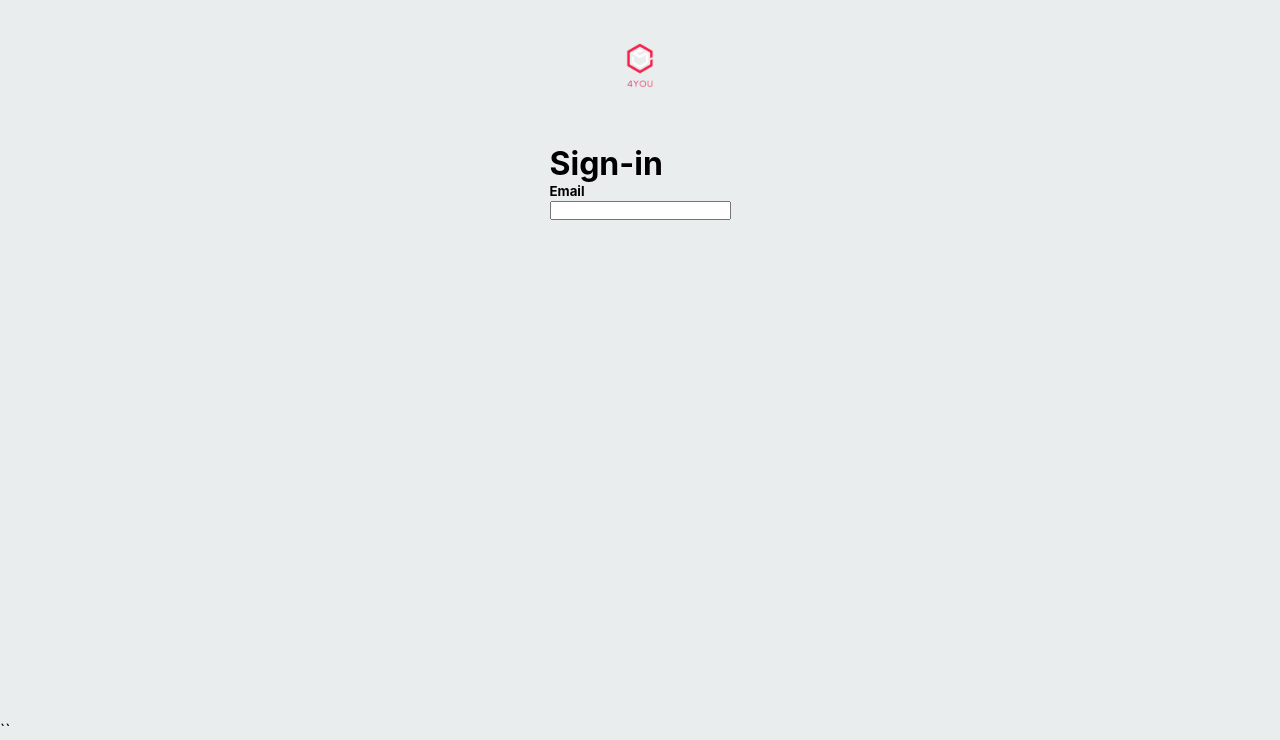
Repository: wansimathurin/4-YOU-ECOMMERCE
Page: /login
These files come from the project's save history. The page is drawn as it stood at one moment and after a run of saves; the edit follows.
The browser window is 1280 px wide. The pictures show the whole page.
Some web libraries are served in a nearby version. The project was rebuilt for these pictures with package versions that can differ from the ones it lists, and the page was loaded fresh each time. Also part of the build but not shown: src/Header.js, src/Product.css, src/Product.js, src/Home.css, src/Home.js, src/checkout.css, src/CheckoutProduct.css, src/CheckoutProduct.js and 1 more. Imported but missing from the stored project, and not drawn on this page: src/video.mp4.

Above is the page before, as saved 2021-06-08 05:12:10.

### public/index.html
<!DOCTYPE html>
<html lang="en">
  <head>
    <script src="https://kit.fontawesome.com/a076d05399.js" crossorigin="anonymous"></script>
    <meta charset="utf-8" />
    <link rel="icon" href="%PUBLIC_URL%/favicon.ico" />
    <meta name="viewport" content="width=device-width, initial-scale=1" />
    <meta name="theme-color" content="#000000" />
    <meta
      name="description"
      content="Web site created using create-react-app"
    />
    <link rel="apple-touch-icon" href="%PUBLIC_URL%/logo192.png" />
    <!--
      manifest.json provides metadata used when your web app is installed on a
      user's mobile device or desktop. See https://developers.google.com/web/fundamentals/web-app-manifest/
    -->
    <link rel="manifest" href="%PUBLIC_URL%/manifest.json" />
    <!--
      Notice the use of %PUBLIC_URL% in the tags above.
      It will be replaced with the URL of the `public` folder during the build.
      Only files inside the `public` folder can be referenced from the HTML.

      Unlike "/favicon.ico" or "favicon.ico", "%PUBLIC_URL%/favicon.ico" will
      work correctly both with client-side routing and a non-root public URL.
      Learn how to configure a non-root public URL by running `npm run build`.
    -->
    <title>React App</title>
  </head>
  <body>
    <noscript>You need to enable JavaScript to run this app.</noscript>
    <div id="root"></div>
    <!--
      This HTML file is a template.
      If you open it directly in the browser, you will see an empty page.

      You can add webfonts, meta tags, or analytics to this file.
      The build step will place the bundled scripts into the <body> tag.

      To begin the development, run `npm start` or `yarn start`.
      To create a production bundle, use `npm run build` or `yarn build`.
    -->
  </body>
</html>

### src/App.js
import React from "react";
import "./App.css";
import Header from './Header';
import Home from './Home';
import Checkout from './Checkout'
import Login from "./Login"

import { BrowserRouter as Router, Switch, Route } from "react-router-dom";

function App() {
  return (
    <Router>
        <div className="app">
          <Switch>
              <Route path="/checkout">
                    <Header />
                    <Checkout />
              </Route>
              <Route path="/login">
                    <Login />``
              </Route>
              <Route path="/">
                 <Header />
                 <Home />

              </Route>


          </Switch>
        </div>
    </Router>
  );
}

export default App;

### src/StateProvider.js
// setup data layer
// we need this to track the basket
import React, { createContext, useContext, useReducer } from "react";
//This is the data layer
export const StateContext = createContext()
//Build a provider
export const StateProvider = ({reducer, initialState, children}) => (
    <StateContext.Provider value={useReducer(reducer, initialState)}>
        {children}
    </StateContext.Provider>
)
//This is how we use it inside of a component
export const useStateValue = () => useContext(StateContext)

### src/reducer.js
export const initialState = {
    basket: [
      {
        id:"4444",
        title:"Poodle ( Toto )",
        price:2800,
        rating:3,
        image:"http://loveteacuppuppy.com/wp-content/uploads/2020/01/KakaoTalk_20200128_184810841-600x600.jpg",
      },
    ],
    user: null
}

export const getBasketTotal = (basket) => basket?.reduce((amount, item) => item.price + amount, 0);

function reducer(state, action) {
    switch(action.type) {
        case "SET_USER":
            return {
                ...state,
                user: action.user
            }
        case "ADD_TO_BASKET":
            return {
                ...state,
                basket: [...state.basket, action.item]
            };
        case 'REMOVE_FROM_BASKET':
            let newBasket  = [...state.basket];
            const index = state.basket.findIndex((basketItem) => basketItem.id === action.id);
            if(index >= 0) {
                //item exist in the basket, remove it
                newBasket.splice(index, 1)
            } else {
                console.warn (
                    `Can't remove product{id: ${action.id}} as it is not in the basket`
                );
            }
            return{
                ...state,
                basket: newBasket
            };
        default:
            return state
    }
}
export default reducer;

### src/Login.js
import React from 'react';
import "./Login.css";
import logo1  from "./logo1.png";
import {Link} from "react-router-dom";

function Login() {
    return (
        <div className="Login">
            <Link to="/">
            <img className="header__logo" src={logo1} alt=""></img>
            </Link>
            <div className="Login__container">
                <h1>Sign-in</h1>
                <form>
                    <h5>Email</h5>
                    <input type="text"/>
                </form>
            </div>
        </div>
    )
}

export default Login

### src/Header.css
.header{
    background-color:#296073;
    display:flex;
    align-items:center;
    position: sticky;
    top:0;
    z-index:100;
  }

.header__logo{
    width:100px;
    margin-left: 20px;
    margin-right: 20px;
    margin-top:18px;
    object-fit:contain;
}

.hearder__searchIcon{
   background-color:#f49432;
   padding:5px;
   height:22px !important;

}
.hearder__optionLineOne{
    font-size: 10px;
}
.hearder__optionLineTwo{
    font-size: 13px;
    font-weight: 800;
}
.header__search{
    display:flex;
    flex:1;
}
.header__searchInput{
    height:12px;
    padding:10px;
    border:none;
    width:100%;
}
.hearder__nav{
    display:flex;
    justify-content:space-evenly;
}
.hearder__link{
    display:flex;
    flex-direction: column;
    color: white;
    text-decoration: none;
}
.hearder__option{
    display:flex;
    flex-direction:column;
    margin-left: 10px;
    margin-right:10px;
}
.header__optionBasket{
    display:flex;
}
.headerBasketCount{
    margin-left: 10px;
    margin-right: 10px;
}

### src/Login.css
.Login{
    display:flex;
    flex-direction: column;
    align-items:center;
    height:100vh;
}

.header__logo{
    margin-top:20px;
    margin-bottom:20px;
    object-fit: contain;
    width: 100px;
    margin-left: auto;
    margin-right: auto;
}

Loaded but not shown: src/index.js (common file); src/index.css (common file); src/App.css (common file)

After the next 2 saves:
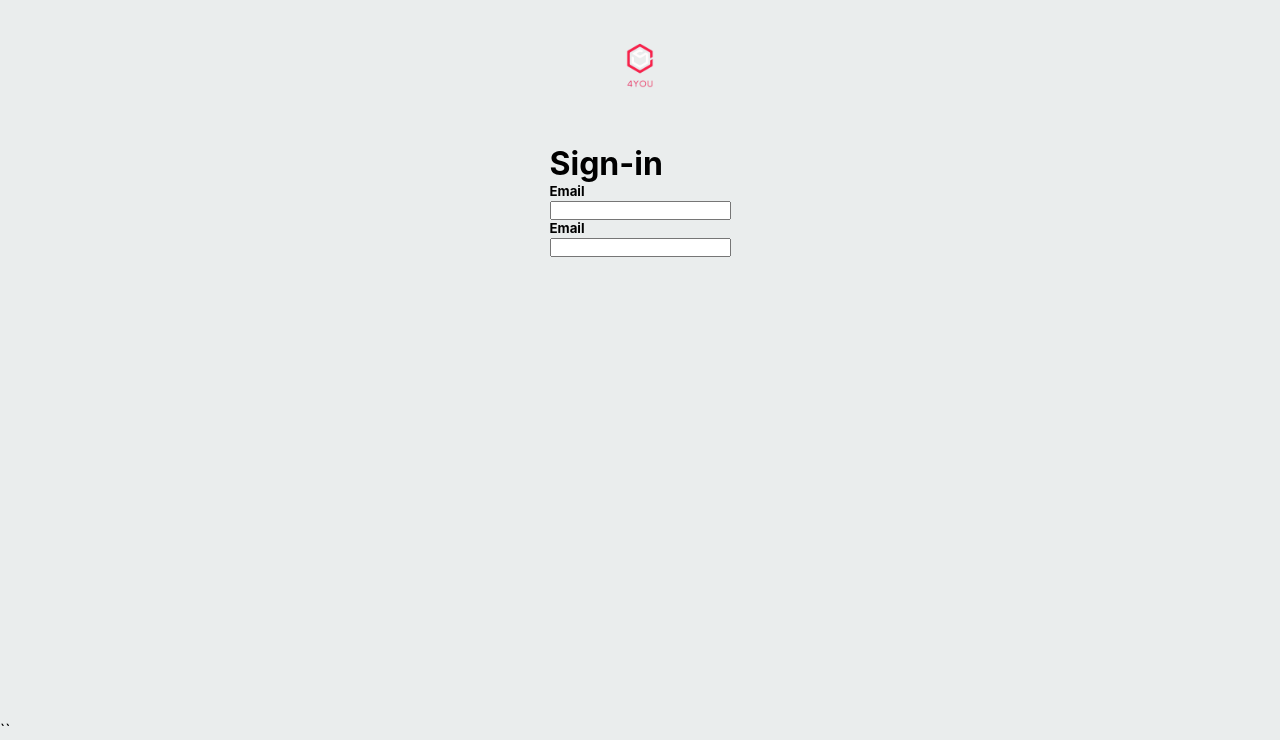
The 2 saves are shown as one change because they came seconds apart.
The last was saved 23 s later.
--- a/src/Login.js
+++ b/src/Login.js
@@ -15,6 +15,10 @@ function Login() {
                     <h5>Email</h5>
                     <input type="text"/>
                 </form>
+                <form>
+                    <h5>Email</h5>
+                    <input type="text"/>
+                </form>
             </div>
         </div>
     )
